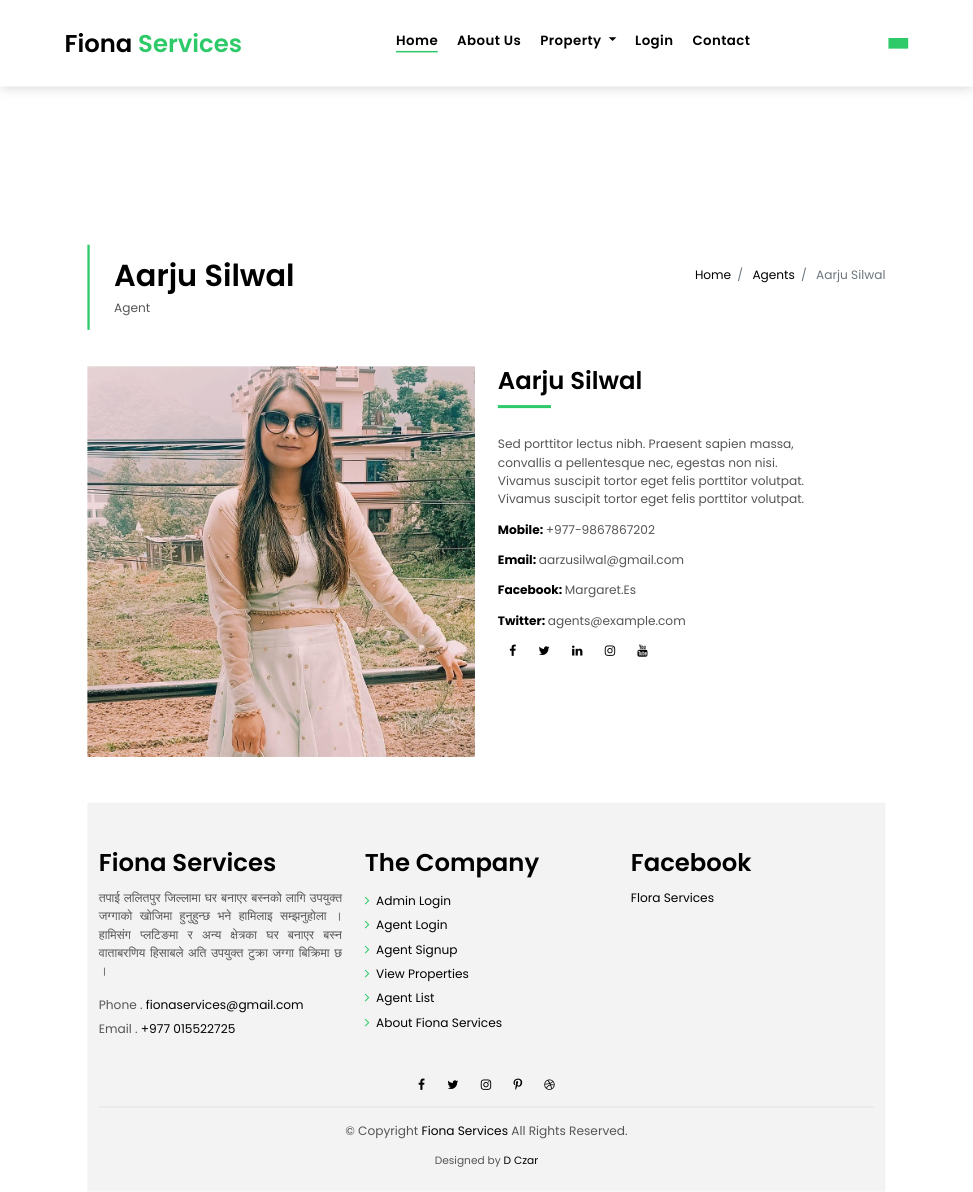
Repository: Sjuicyy/realstate
Page: profile.html
The author's editor kept a copy of each file at every save. The page is drawn from the files as they stood at one save, then again after the next save.
The browser window is 1280 px wide. The pictures show the whole page, at 76% of full size.

Above is the page before, as saved 2022-10-15 09:50:56.

### profile.html
<!DOCTYPE html>
<html lang="en">

<head>
    <meta charset="utf-8">
    <title>Fiona Services</title>
    <meta content="width=device-width, initial-scale=1.0" name="viewport">
    <meta content="" name="keywords">
    <meta content="" name="description">

    <!-- Favicons -->
    <link href="img/favicon.png" rel="icon">
    <link href="img/apple-touch-icon.png" rel="apple-touch-icon">

    <!-- Google Fonts -->
    <link href="https://fonts.googleapis.com/css?family=Poppins:300,400,500,600,700" rel="stylesheet">

    <!-- Bootstrap CSS File -->
    <link href="lib/bootstrap/css/bootstrap.min.css" rel="stylesheet">

    <!-- Libraries CSS Files -->
    <link href="lib/font-awesome/css/font-awesome.min.css" rel="stylesheet">
    <link href="lib/animate/animate.min.css" rel="stylesheet">
    <link href="lib/ionicons/css/ionicons.min.css" rel="stylesheet">
    <link href="lib/owlcarousel/assets/owl.carousel.min.css" rel="stylesheet">

    <!-- Main Stylesheet File -->
    <link href="css/style.css" rel="stylesheet">

    <!-- =======================================================
    Theme Name: EstateAgency
    Theme URL: https://bootstrapmade.com/real-estate-agency-bootstrap-template/
    Author: BootstrapMade.com
    License: https://bootstrapmade.com/license/
  ======================================================= -->
</head>
<div id="fb-root"></div>
<script async defer crossorigin="anonymous" src="https://connect.facebook.net/en_US/sdk.js#xfbml=1&version=v14.0"
    nonce="0jwGYLXn"></script>

<body>
    <!-- / Form Search End /-->

    <!--/ Nav Star /-->
    <nav class="navbar navbar-default navbar-trans navbar-expand-lg fixed-top">
        <div class="container">
            <button class="navbar-toggler collapsed" type="button" data-toggle="collapse" data-target="#navbarDefault"
                aria-controls="navbarDefault" aria-expanded="false" aria-label="Toggle navigation">
            </button>
            <a class="navbar-brand text-brand" href="/index.php">Fiona<span class="color-b"> Services</span></a>
            <button type="button" class="btn btn-link nav-search navbar-toggle-box-collapse d-md-none"
                data-toggle="collapse" data-target="#navbarTogglerDemo01" aria-expanded="false" title="Agent Space">

            </button>
            <div class="navbar-collapse collapse justify-content-center" id="navbarDefault">
                <ul class="navbar-nav">
                    <li class="nav-item">
                        <a class="nav-link active" href="index.php">Home</a>
                    </li>
                    <li class="nav-item">
                        <a class="nav-link" href="about.php">About Us</a>
                    </li>
                    <li class="nav-item dropdown">
                        <a class="nav-link dropdown-toggle" href="#" id="navbarDropdown" role="button"
                            data-toggle="dropdown" aria-haspopup="true" aria-expanded="false">
                            Property
                        </a>
                        <div class="dropdown-menu" aria-labelledby="navbarDropdown">
                            <a class="dropdown-item" href="property-single.php">Property Single</a>
                            <a class="dropdown-item" href="property-grid.php">Property List</a>
                        </div>
                    </li>
                    <li class="nav-item">
                        <a class="nav-link" href="Login.php">Login</a>
                    </li>
                    <li class="nav-item">
                        <a class="nav-link" href="contact.php">Contact</a>
                    </li>
                </ul>
            </div>
            <button type="button" class="btn btn-b-n navbar-toggle-box-collapse d-none d-md-block"
                data-toggle="collapse" data-target="#navbarTogglerDemo01" aria-expanded="false" title="Agent Space">
            </button>
        </div>
    </nav>
    <!--/ Nav End /-->



    <div class="container" style="margin-top:130px;">

        <div class="container" style="margin-top:130px;">
             <!-- ======= Intro Single ======= -->
    <section class="intro-single">
        <div class="container">
          <div class="row">
            <div class="col-md-12 col-lg-8">
              <div class="title-single-box">
                <h1 class="title-single">Aarju Silwal</h1>
                <span class="color-text-a">Agent </span>
              </div>
            </div>
            <div class="col-md-12 col-lg-4">
              <nav aria-label="breadcrumb" class="breadcrumb-box d-flex justify-content-lg-end">
                <ol class="breadcrumb">
                  <li class="breadcrumb-item">
                    <a href="#">Home</a>
                  </li>
                  <li class="breadcrumb-item">
                    <a href="#">Agents</a>
                  </li>
                  <li class="breadcrumb-item active" aria-current="page">
                    Aarju Silwal
                  </li>
                </ol>
              </nav>
            </div>
          </div>
        </div>
      </section><!-- End Intro Single -->

      <!-- ======= Agent Single ======= -->
      <section class="agent-single">
        <div class="container">
          <div class="row">
            <div class="col-sm-12">
              <div class="row">
                <div class="col-md-6">
                  <div class="agent-avatar-box">
                    <img src="./img/aarju miss.jpg" alt="" class="agent-avatar img-fluid">
                  </div>
                </div>
                <div class="col-md-5 section-md-t3">
                  <div class="agent-info-box">
                    <div class="agent-title">
                      <div class="title-box-d">
                        <h3 class="title-d">Aarju Silwal
                        </h3>
                      </div>
                    </div>
                    <div class="agent-content mb-3">
                      <p class="content-d color-text-a">
                        Sed porttitor lectus nibh. Praesent sapien massa, convallis a pellentesque nec, egestas non nisi.
                        Vivamus suscipit tortor
                        eget felis porttitor volutpat. Vivamus suscipit tortor eget felis porttitor volutpat.
                      </p>
                      <div class="info-agents color-a">
                          <strong>Mobile: </strong>
                          <span class="color-text-a"> +977-9867867202 </span>
                        </p>
                        <p>
                          <strong>Email: </strong>
                          <span class="color-text-a"> aarzusilwal@gmail.com</span>
                        </p>
                        <p>
                          <strong>Facebook: </strong>
                          <span class="color-text-a"> Margaret.Es</span>
                        </p>
                        <p>
                          <strong>Twitter: </strong>
                          <span class="color-text-a"> agents@example.com</span>
                        </p>
                      </div>
                    </div>
                    <div class="col-md-12">

                        <div class="socials-a">
                          <ul class="list-inline">
                            <li class="list-inline-item">
                              <a href="#">
                                <i class="fa fa-facebook" aria-hidden="true"></i>
                              </a>
                            </li>
                            <li class="list-inline-item">
                              <a href="#">
                                <i class="fa fa-twitter" aria-hidden="true"></i>
                              </a>
                            </li>
                            <li class="list-inline-item">
                              <a href="#">
                                <i class="fa fa-linkedin" aria-hidden="true"></i>
                              </a>
                            </li>
                            <li class="list-inline-item">
                              <a href="#">
                                <i class="fa fa-instagram" aria-hidden="true"></i>
                              </a>
                            </li>
                            <li class="list-inline-item">
                              <a href="#">
                                <i class="fa fa-youtube" aria-hidden="true"></i>
                              </a>
                            </li>
                          </ul>
                        </div>
                  </div>
                </div>
              </div>
            </div>
        </div>

    </div>




















    <!--/ footer Star /-->
    <section class="section-footer">
        <div class="container">
            <div class="row">
                <div class="col-sm-12 col-md-4">
                    <div class="widget-a">
                        <div class="w-header-a">
                            <h3 class="w-title-a text-brand">Fiona Services</h3>
                        </div>
                        <div class="w-body-a">
                            <p class="w-text-a color-text-a" align="justify">
                                तपाई ललितपुर जिल्लामा घर बनाएर बस्नको लागि उपयुक्त जग्गाको खोजिमा हुनुहुन्छ भने
                                हामिलाइ सम्झनुहोला ।
                                हामिसंग प्लटिङमा र अन्य क्षेत्रका घर बनाएर बस्न वाताबरणिय हिसाबले अति उपयुक्त
                                टुक्रा जग्गा बिक्रिमा छ
                                ।
                            </p>
                        </div>
                        <div class="w-footer-a">
                            <ul class="list-unstyled">
                                <li class="color-a">
                                    <span class="color-text-a">Phone .</span> fionaservices@gmail.com
                                </li>
                                <li class="color-a">
                                    <span class="color-text-a">Email .</span> +977 015522725
                                </li>
                            </ul>
                        </div>
                    </div>
                </div>
                <div class="col-sm-12 col-md-4 section-md-t3">
                    <div class="widget-a">
                        <div class="w-header-a">
                            <h3 class="w-title-a text-brand">The Company</h3>
                        </div>
                        <div class="w-body-a">
                            <div class="w-body-a">
                                <ul class="list-unstyled">
                                    <li class="item-list-a">
                                        <i class="fa fa-angle-right"></i> <a href="#">Admin Login</a>
                                    </li>
                                    <li class="item-list-a">
                                        <i class="fa fa-angle-right"></i> <a href="#">Agent Login</a>
                                    </li>
                                    <li class="item-list-a">
                                        <i class="fa fa-angle-right"></i> <a href="#">Agent Signup</a>
                                    </li>
                                    <li class="item-list-a">
                                        <i class="fa fa-angle-right"></i> <a href="#">View Properties</a>
                                    </li>
                                    <li class="item-list-a">
                                        <i class="fa fa-angle-right"></i> <a href="#">Agent List</a>
                                    </li>
                                    <li class="item-list-a">
                                        <i class="fa fa-angle-right"></i> <a href="#">About Fiona Services</a>
                                    </li>
                                </ul>
                            </div>
                        </div>
                    </div>
                </div>
                <div class="col-sm-12 col-md-4 section-md-t3">
                    <div class="widget-a">
                        <div class="w-header-a">
                            <h3 class="w-title-a text-brand">Facebook</h3>
                        </div>
                        <div class="w-body-a">
                            <div class="fb-page" data-href="https://www.facebook.com/floraservices2070"
                                data-tabs="timeline" data-width="" data-height="110" data-small-header="false"
                                data-adapt-container-width="true" data-hide-cover="false" data-show-facepile="false">
                                <blockquote cite="https://www.facebook.com/floraservices2070"
                                    class="fb-xfbml-parse-ignore"><a
                                        href="https://www.facebook.com/floraservices2070">Flora Services</a>
                                </blockquote>
                            </div>
                        </div>
                    </div>
                </div>
            </div>
        </div>
    </section>
    <footer>
        <div class="container">
            <div class="row">
                <div class="col-md-12">

                    <div class="socials-a">
                        <ul class="list-inline">
                            <li class="list-inline-item">
                                <a href="#">
                                    <i class="fa fa-facebook" aria-hidden="true"></i>
                                </a>
                            </li>
                            <li class="list-inline-item">
                                <a href="#">
                                    <i class="fa fa-twitter" aria-hidden="true"></i>
                                </a>
                            </li>
                            <li class="list-inline-item">
                                <a href="#">
                                    <i class="fa fa-instagram" aria-hidden="true"></i>
                                </a>
                            </li>
                            <li class="list-inline-item">
                                <a href="#">
                                    <i class="fa fa-pinterest-p" aria-hidden="true"></i>
                                </a>
                            </li>
                            <li class="list-inline-item">
                                <a href="#">
                                    <i class="fa fa-dribbble" aria-hidden="true"></i>
                                </a>
                            </li>
                        </ul>
                    </div>
                    <div class="copyright-footer">
                        <p class="copyright color-text-a">
                            &copy; Copyright
                            <span class="color-a">Fiona Services</span> All Rights Reserved.
                        </p>
                    </div>
                    <div class="credits">

                        Designed by <a href="https://pritambajagain.com.np/">D Czar</a>
                    </div>
                </div>
            </div>
        </div>
    </footer>
    <!--/ Footer End /-->

    <a href="#" class="back-to-top"><i class="fa fa-chevron-up"></i></a>
    <div id="preloader"></div>

    <!-- JavaScript Libraries -->
    <script>
        function readURL(input) {
            if (input.files && input.files[0]) {
                var reader = new FileReader();

                reader.onload = function (e) {
                    $('#blah')
                        .attr('src', e.target.result);
                };

                reader.readAsDataURL(input.files[0]);
            }
        }
    </script>
    <script src="lib/jquery/jquery.min.js"></script>
    <script src="lib/jquery/jquery-migrate.min.js"></script>
    <script src="lib/popper/popper.min.js"></script>
    <script src="lib/bootstrap/js/bootstrap.min.js"></script>
    <script src="lib/easing/easing.min.js"></script>
    <script src="lib/owlcarousel/owl.carousel.min.js"></script>
    <script src="lib/scrollreveal/scrollreveal.min.js"></script>
    <!-- Contact Form JavaScript File -->
    <script src="contactform/contactform.js"></script>

    <!-- Template Main Javascript File -->
    <script src="js/main.js"></script>

</body>

</html>

Loaded but not shown: lib/bootstrap/css/bootstrap.min.css (library); lib/font-awesome/css/font-awesome.min.css (library); lib/animate/animate.min.css (library); lib/ionicons/css/ionicons.min.css (library); lib/owlcarousel/assets/owl.carousel.min.css (library); lib/jquery/jquery.min.js (library); lib/jquery/jquery-migrate.min.js (library); lib/popper/popper.min.js (library); lib/bootstrap/js/bootstrap.min.js (library); lib/easing/easing.min.js (common file); lib/owlcarousel/owl.carousel.min.js (library); lib/scrollreveal/scrollreveal.min.js (library); js/main.js (150 lines, source omitted); contactform/contactform.js (118 lines, source omitted); css/style.css (2025 lines, source omitted)

After the next save:
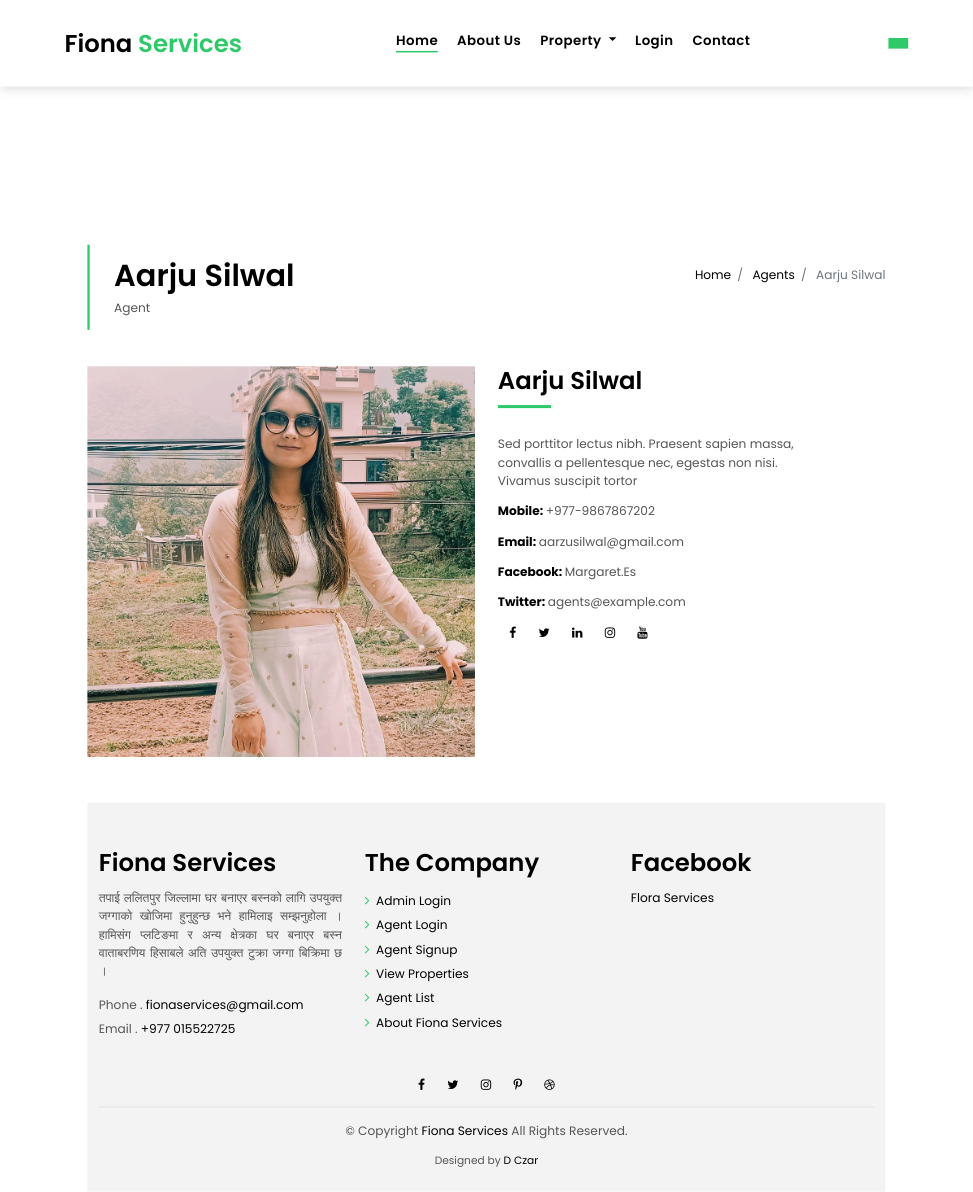
Saved 53 s later.
--- a/profile.html
+++ b/profile.html
@@ -142,7 +142,6 @@
                       <p class="content-d color-text-a">
                         Sed porttitor lectus nibh. Praesent sapien massa, convallis a pellentesque nec, egestas non nisi.
                         Vivamus suscipit tortor
-                        eget felis porttitor volutpat. Vivamus suscipit tortor eget felis porttitor volutpat.
                       </p>
                       <div class="info-agents color-a">
                           <strong>Mobile: </strong>
